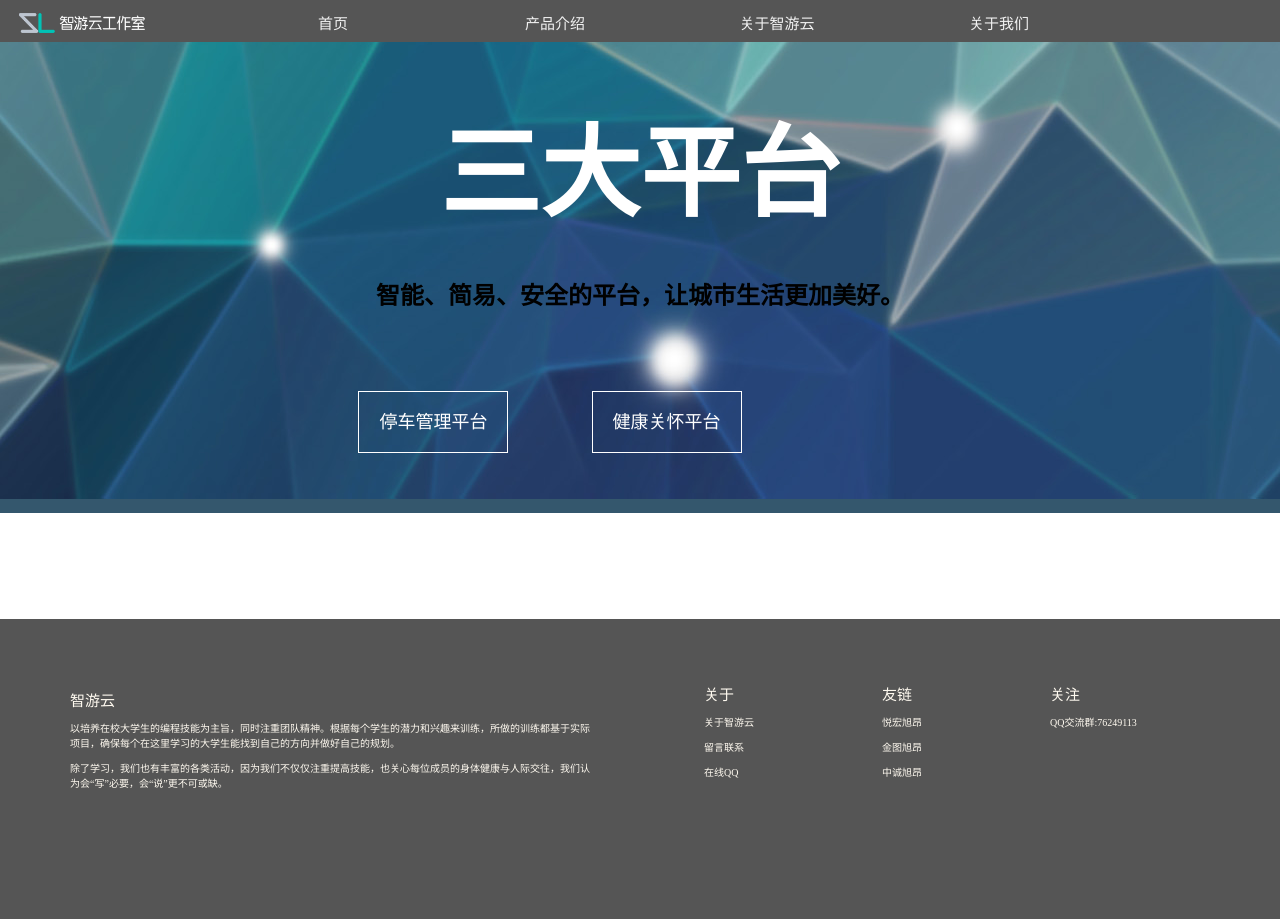
Repository: dakai1234/webTest
Page: 智游云1/product/product.html
The author's editor kept a copy of each file at every save. The page is drawn from the files as they stood at one save, then again after the next save.
The browser window is 1280 px wide. The pictures show the whole page.

Above is the page before, as saved 2021-04-11 13:04:21.

### 智游云1/product/product.html
<!DOCTYPE html>
<html lang="en">

<head>
    <meta charset="UTF-8">
    <meta http-equiv="X-UA-Compatible" content="IE=edge">
    <meta name="viewport" content="width=device-width, initial-scale=1.0">
    <link rel="stylesheet" href="../headerCss/header.css">
    <link rel="stylesheet" href="../footerCss/footer.css">
    <link rel="stylesheet" href="product.css">
    <title>产品介绍</title>
</head>

<body>
    <div class="header">
        <a href="images/logo.png"><img class="logo_img" src="../about/images/logo.png"></a>
        <a href="../index/index.html"> 首页 </a>
        <a href="product.html"> 产品介绍 </a>
        <a href="../about/about.html"> 关于智游云 </a>
        <a href="#"> 关于我们 </a>
    </div>

    <div class="billboard">
        <h1>三大平台</h1>
        <h2>智能、简易、安全的平台，让城市生活更加美好。</h2>
        <div class="platform">
            <div class="platform_content">
                <a href="#">停车管理平台</a>
            </div>
            <div class="platform_content">
                <a href="#">健康关怀平台</a>
            </div>
            <div class="platform_content">
                <a href="#">硬件管理平台</a>
            </div>
        </div>
    </div>

    <div class="footer">
        <div class="footer_inner">
            <div class="text">
                <span>智游云</span>
                <p>
                    以培养在校大学生的编程技能为主旨，同时注重团队精神。根据每个学生的潜力和兴趣来训练，所做的训练都基于实际项目，确保每个在这里学习的大学生能找到自己的方向并做好自己的规划。
                </p>
                <p>
                    除了学习，我们也有丰富的各类活动，因为我们不仅仅注重提高技能，也关心每位成员的身体健康与人际交往，我们认为会“写”必要，会“说”更不可或缺。
                </p>
            </div>
        </div>
        <div class="footer_inner">
            <div class="text_intro">
                <span>关于</span>
                <p>关于智游云</p>
                <p>留言联系</p>
                <p>在线QQ</p>
            </div>
            <div class="text_intro">
                <span>友链</span>
                <p>悦宏旭昂</p>
                <p>金图旭昂</p>
                <p>中诚旭昂</p>
            </div>
            <div class="text_intro">
                <span>关注</span>
                <p>QQ交流群:76249113</p>
            </div>

        </div>
    </div>
</body>

</html>

### 智游云1/headerCss/header.css
* {
    margin: 0;
    padding: 0;
}

.header {
    margin: 0 auto;
    background-color: #555;
    width: 100%;
    overflow: auto;
    position: fixed;
    top: 0;
}

.header a {
    float: left;
    width: 15%;
    color: #f2f2f2;
    text-align: center;
    padding: 12px 15px 8px 15px;
    text-decoration: none;
    font-size: 15px;
}

.header a:hover {
    color: #333;
}

.header a:active {
    color: #333;
}

.logo_img {
    float: left;
    width: 70%;
}

### 智游云1/footerCss/footer.css
.footer {
    margin: 40px 0px 0px 0px;
    height: 300px;
    width: 100%;
    background-color: #555;
    overflow: auto;
}

.footer_inner {
    width: 50%;
    float: left;
}

.text {
    margin: 50px;
    padding: 20px 0px 50px 20px;
    text-align: left;
    font-size: 10px;
    color: floralwhite;
    font-weight: lighter;
}

.text span {
    font-size: 15px;
    color: floralwhite;
    margin-bottom: 10px;
}

.text p {
    margin-top: 10px;
}

.text_intro {
    padding: 10% 10%;
    font-size: 10px;
    margin-bottom: 10px;
    color: floralwhite;
    font-weight: lighter;
    float: left;
}

.text_intro span {
    font-size: 15px;
}

.text_intro p {
    margin-top: 10px;
}

.text_intro p:hover {
    color: #000;
}

### 智游云1/product/product.css
.billboard {
    margin-top: -2%;
    text-align: center;
    width: 100%;
    height: 500px;
    z-index: 1;
    background: #34576D url(images/bigpicbg.jpg) no-repeat center top;
}

.billboard h1 {
    color: #fff;
    padding-top: 80px;
    margin: 3%;
    font-size: 100px;
}

.billboard h3 {
    margin: 3%;
    font-size: 75px;
    color: #fff;
}

.platform {
    width: 50%;
    margin: 5% 25% 5% 23%;
}

.platform_content {
    margin: 5% 3% 10% 10%;
    float: left;
}

.platform_content a {
    border: solid 1px #fff;
    color: #fff;
    padding: 20px 20px;
    font-size: 18px;
    text-decoration: none;
}

.platform_content a:hover {
    background-color: #fff;
}

After the next save:
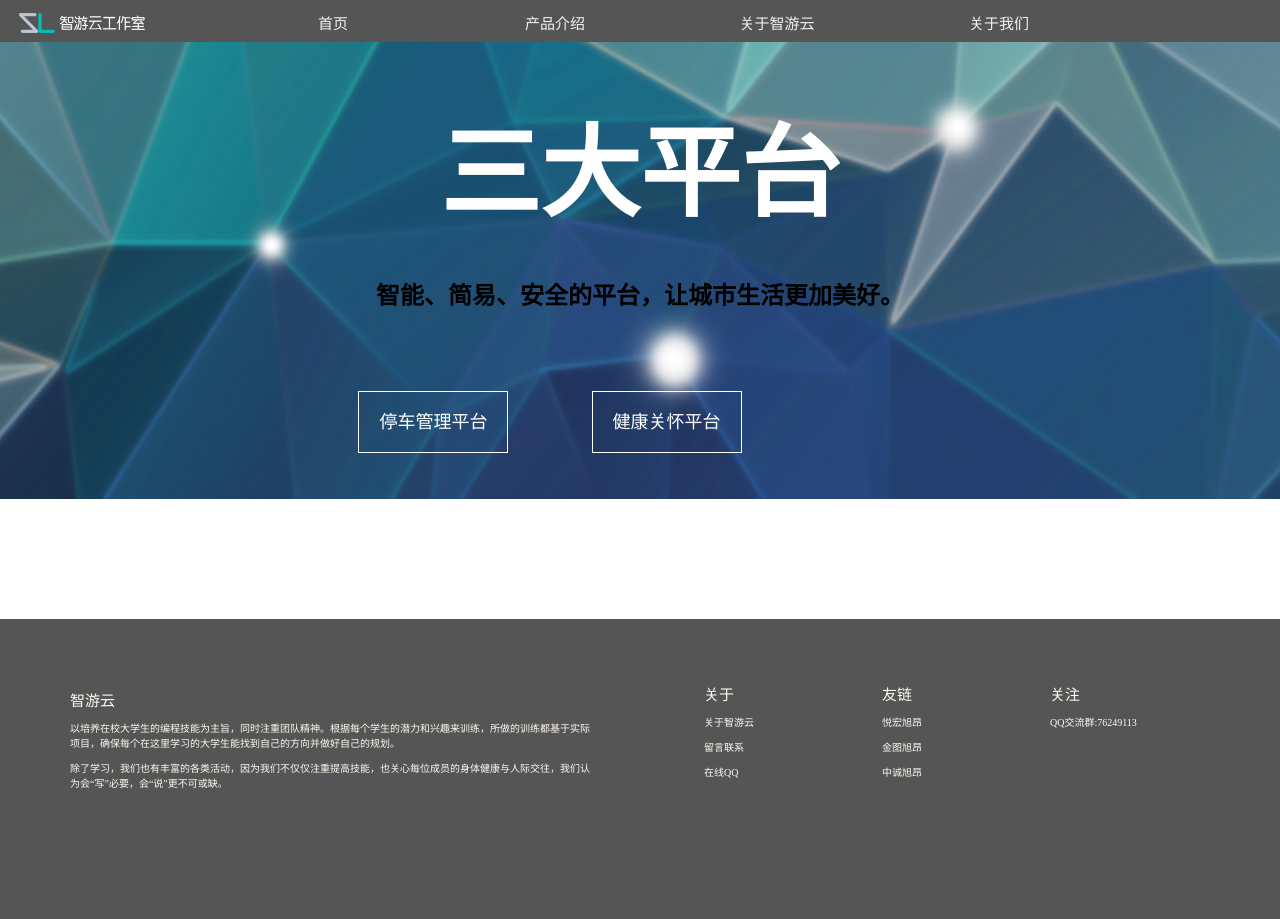
Saved 42 s later.
--- a/智游云1/product/product.css
+++ b/智游云1/product/product.css
@@ -2,7 +2,7 @@
     margin-top: -2%;
     text-align: center;
     width: 100%;
-    height: 500px;
+    height: 486px;
     z-index: 1;
     background: #34576D url(images/bigpicbg.jpg) no-repeat center top;
 }
